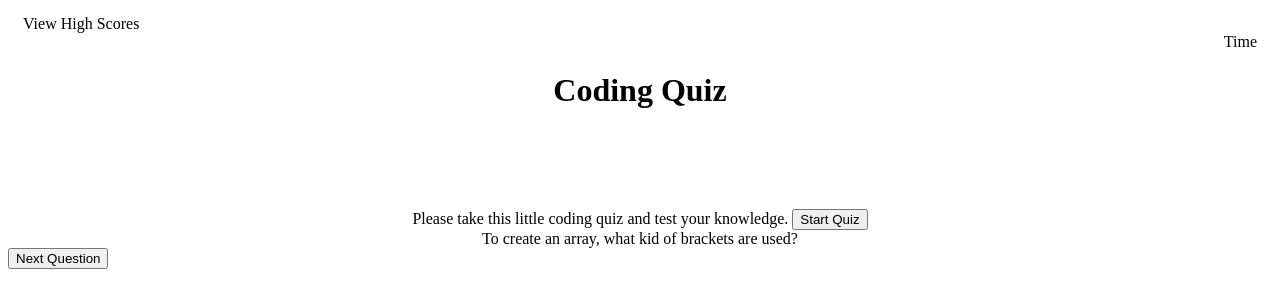
Repository: Naomilounsbury/code-quiz
Page: index.html
The author's editor kept a copy of each file at every save. The page is drawn from the files as they stood at one save, then again after the next save.
The browser window is 1280 px wide. The pictures show the whole page.
After loading, the first visible `button` was clicked once.

Above is the page before, as saved 2021-11-27 16:55:50.
Console error: ReferenceError: Invalid left-hand side in assignment

After the next save:
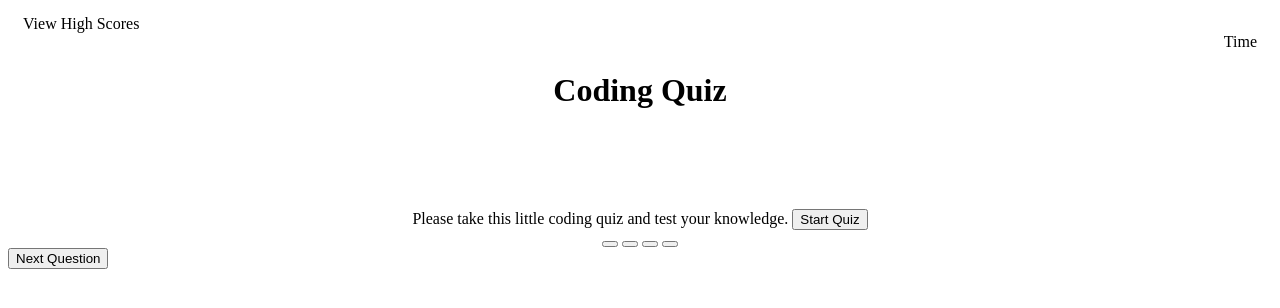
Saved 41 s later.
--- a/assets/js/script.js
+++ b/assets/js/script.js
@@ -5,7 +5,7 @@ var onStartQuiz = function(){
     //when the quiz starts it grabs the first object in the array
     var currentQuestion = questions[0];
     //its going into the html and taking the div clas question and setting the value equal to the current question
-    document.getElementById("question").innerText = currentQuestion.question
+    //document.getElementById("question").innerText = currentQuestion.question
 
     //I dont know why these arent working and I'm crying
     document.getElementById("animal")= currentQuestion.a
